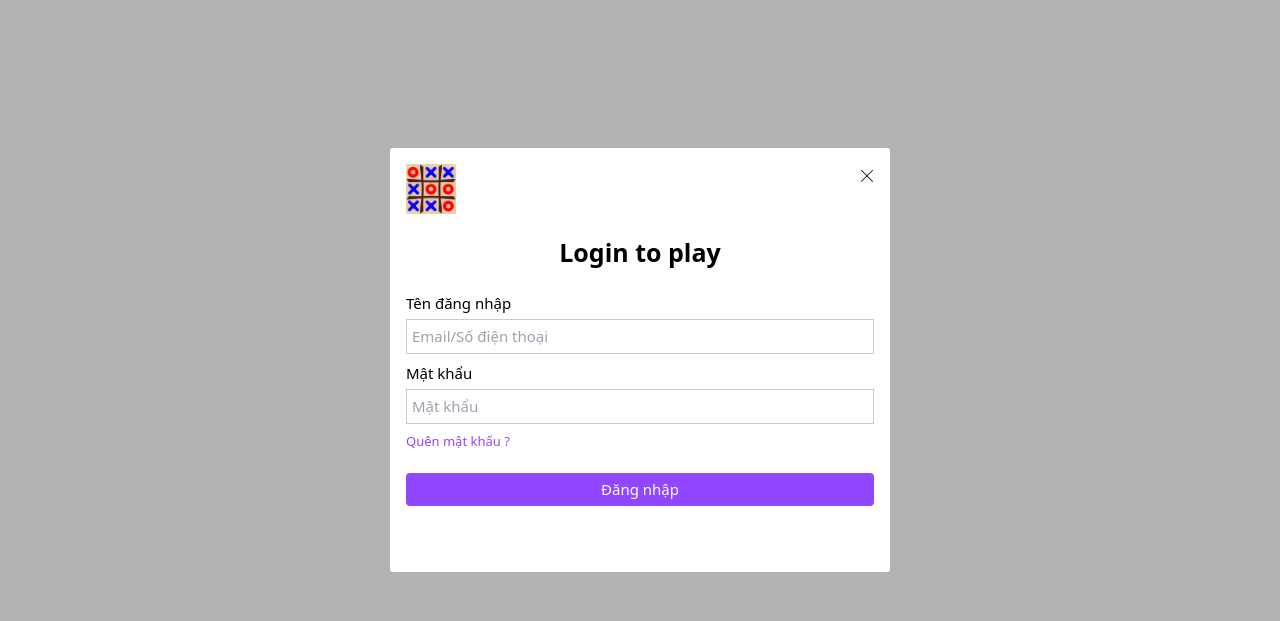
Repository: Teddy1705/demo_pj
Page: /
An editor plug-in stored every save of this project. The page is shown before and after the next save, followed by the edit.
The browser window is 1280 px wide. The pictures show the whole page.
The project was rebuilt for these pictures with package versions that can differ from the ones it lists, and the page was loaded fresh each time. Also part of the build but not shown: vite.config.js.

Above is the page before, as saved 2024-04-16 11:06:52.

### index.html
<!DOCTYPE html>
<html lang="en">
  <head>
    <meta charset="UTF-8" />
    <link rel="icon" type="image/svg+xml" href="/vite.svg" />
    <meta name="viewport" content="width=device-width, initial-scale=1.0" />
    <title>Tic Tac Toe</title>
    <link rel="stylesheet" href="./src/index.css" />
    <link
      rel="stylesheet"
      href="./src/assets/themify-icons/themify-icons.css"
    />
  </head>
  <body>
    <div id="root"></div>
    <script type="module" src="/src/main.jsx"></script>
  </body>
</html>

### src/index.css
:root {
  --white-color: #fff;
  --black-color: #000;
}

/*
1. Prevent padding and border from affecting element width. (https://github.com/mozdevs/cssremedy/issues/4)
2. Allow adding a border to an element by just adding a border-width. (https://github.com/tailwindcss/tailwindcss/pull/116)
*/

*,
::before,
::after {
  box-sizing: border-box;
  /* 1 */
  border-width: 0;
  /* 2 */
  border-style: solid;
  /* 2 */
  border-color: #e5e7eb;
  /* 2 */
}

::before,
::after {
  --tw-content: "";
}

/*
1. Use a consistent sensible line-height in all browsers.
2. Prevent adjustments of font size after orientation changes in iOS.
3. Use a more readable tab size.
4. Use the user's configured `sans` font-family by default.
5. Use the user's configured `sans` font-feature-settings by default.
6. Use the user's configured `sans` font-variation-settings by default.
7. Disable tap highlights on iOS
*/

html,
:host {
  line-height: 1.5;
  /* 1 */
  -webkit-text-size-adjust: 100%;
  /* 2 */
  -moz-tab-size: 4;
  /* 3 */
  -o-tab-size: 4;
  tab-size: 4;
  /* 3 */
  font-family: ui-sans-serif, system-ui, sans-serif, "Apple Color Emoji",
    "Segoe UI Emoji", "Segoe UI Symbol", "Noto Color Emoji";
  /* 4 */
  font-feature-settings: normal;
  /* 5 */
  font-variation-settings: normal;
  /* 6 */
  -webkit-tap-highlight-color: transparent;
  /* 7 */
}

/*
1. Remove the margin in all browsers.
2. Inherit line-height from `html` so users can set them as a class directly on the `html` element.
*/

body {
  margin: 0;
  /* 1 */
  line-height: inherit;
  /* 2 */
}

/*
1. Add the correct height in Firefox.
2. Correct the inheritance of border color in Firefox. (https://bugzilla.mozilla.org/show_bug.cgi?id=190655)
3. Ensure horizontal rules are visible by default.
*/

hr {
  height: 0;
  /* 1 */
  color: inherit;
  /* 2 */
  border-top-width: 1px;
  /* 3 */
}

/*
Add the correct text decoration in Chrome, Edge, and Safari.
*/

abbr:where([title]) {
  -webkit-text-decoration: underline dotted;
  text-decoration: underline dotted;
}

/*
Remove the default font size and weight for headings.
*/

h1,
h2,
h3,
h4,
h5,
h6 {
  font-size: inherit;
  font-weight: inherit;
}

/*
Reset links to optimize for opt-in styling instead of opt-out.
*/

a {
  color: inherit;
  text-decoration: inherit;
}

/*
Add the correct font weight in Edge and Safari.
*/

b,
strong {
  font-weight: bolder;
}

/*
1. Use the user's configured `mono` font-family by default.
2. Use the user's configured `mono` font-feature-settings by default.
3. Use the user's configured `mono` font-variation-settings by default.
4. Correct the odd `em` font sizing in all browsers.
*/

code,
kbd,
samp,
pre {
  font-family: ui-monospace, SFMono-Regular, Menlo, Monaco, Consolas,
    "Liberation Mono", "Courier New", monospace;
  /* 1 */
  font-feature-settings: normal;
  /* 2 */
  font-variation-settings: normal;
  /* 3 */
  font-size: 1em;
  /* 4 */
}

/*
Add the correct font size in all browsers.
*/

small {
  font-size: 80%;
}

/*
Prevent `sub` and `sup` elements from affecting the line height in all browsers.
*/

sub,
sup {
  font-size: 75%;
  line-height: 0;
  position: relative;
  vertical-align: baseline;
}

sub {
  bottom: -0.25em;
}

sup {
  top: -0.5em;
}

/*
1. Remove text indentation from table contents in Chrome and Safari. (https://bugs.chromium.org/p/chromium/issues/detail?id=999088, https://bugs.webkit.org/show_bug.cgi?id=201297)
2. Correct table border color inheritance in all Chrome and Safari. (https://bugs.chromium.org/p/chromium/issues/detail?id=935729, https://bugs.webkit.org/show_bug.cgi?id=195016)
3. Remove gaps between table borders by default.
*/

table {
  text-indent: 0;
  /* 1 */
  border-color: inherit;
  /* 2 */
  border-collapse: collapse;
  /* 3 */
}

/*
1. Change the font styles in all browsers.
2. Remove the margin in Firefox and Safari.
3. Remove default padding in all browsers.
*/

button,
input,
optgroup,
select,
textarea {
  font-family: inherit;
  /* 1 */
  font-feature-settings: inherit;
  /* 1 */
  font-variation-settings: inherit;
  /* 1 */
  font-size: 100%;
  /* 1 */
  font-weight: inherit;
  /* 1 */
  line-height: inherit;
  /* 1 */
  letter-spacing: inherit;
  /* 1 */
  color: inherit;
  /* 1 */
  margin: 0;
  /* 2 */
  padding: 0;
  /* 3 */
}

/*
Remove the inheritance of text transform in Edge and Firefox.
*/

button,
select {
  text-transform: none;
}

/*
1. Correct the inability to style clickable types in iOS and Safari.
2. Remove default button styles.
*/

button,
input:where([type="button"]),
input:where([type="reset"]),
input:where([type="submit"]) {
  -webkit-appearance: button;
  /* 1 */
  background-color: transparent;
  /* 2 */
  background-image: none;
  /* 2 */
}

/*
Use the modern Firefox focus style for all focusable elements.
*/

:-moz-focusring {
  outline: auto;
}

/*
Remove the additional `:invalid` styles in Firefox. (https://github.com/mozilla/gecko-dev/blob/2f9eacd9d3d995c937b4251a5557d95d494c9be1/layout/style/res/forms.css#L728-L737)
*/

:-moz-ui-invalid {
  box-shadow: none;
}

/*
Add the correct vertical alignment in Chrome and Firefox.
*/

progress {
  vertical-align: baseline;
}

/*
Correct the cursor style of increment and decrement buttons in Safari.
*/

::-webkit-inner-spin-button,
::-webkit-outer-spin-button {
  height: auto;
}

/*
1. Correct the odd appearance in Chrome and Safari.
2. Correct the outline style in Safari.
*/

[type="search"] {
  -webkit-appearance: textfield;
  /* 1 */
  outline-offset: -2px;
  /* 2 */
}

/*
Remove the inner padding in Chrome and Safari on macOS.
*/

::-webkit-search-decoration {
  -webkit-appearance: none;
}

/*
1. Correct the inability to style clickable types in iOS and Safari.
2. Change font properties to `inherit` in Safari.
*/

::-webkit-file-upload-button {
  -webkit-appearance: button;
  /* 1 */
  font: inherit;
  /* 2 */
}

/*
Add the correct display in Chrome and Safari.
*/

summary {
  display: list-item;
}

/*
Removes the default spacing and border for appropriate elements.
*/

blockquote,
dl,
dd,
h1,
h2,
h3,
h4,
h5,
h6,
hr,
figure,
p,
pre {
  margin: 0;
}

fieldset {
  margin: 0;
  padding: 0;
}

legend {
  padding: 0;
}

ol,
ul,
menu {
  list-style: none;
  margin: 0;
  padding: 0;
}

/*
Reset default styling for dialogs.
*/

dialog {
  padding: 0;
}

/*
Prevent resizing textareas horizontally by default.
*/

textarea {
  resize: vertical;
}

/*
1. Reset the default placeholder opacity in Firefox. (https://github.com/tailwindlabs/tailwindcss/issues/3300)
2. Set the default placeholder color to the user's configured gray 400 color.
*/

input::-moz-placeholder,
textarea::-moz-placeholder {
  opacity: 1;
  /* 1 */
  color: #9ca3af;
  /* 2 */
}

input::placeholder,
textarea::placeholder {
  opacity: 1;
  /* 1 */
  color: #9ca3af;
  /* 2 */
}

/*
Set the default cursor for buttons.
*/

button,
[role="button"] {
  cursor: pointer;
}

/*
Make sure disabled buttons don't get the pointer cursor.
*/

:disabled {
  cursor: default;
}

/*
1. Make replaced elements `display: block` by default. (https://github.com/mozdevs/cssremedy/issues/14)
2. Add `vertical-align: middle` to align replaced elements more sensibly by default. (https://github.com/jensimmons/cssremedy/issues/14#issuecomment-634934210)
   This can trigger a poorly considered lint error in some tools but is included by design.
*/

img,
svg,
video,
canvas,
audio,
iframe,
embed,
object {
  display: block;
  /* 1 */
  vertical-align: middle;
  /* 2 */
}

/*
Constrain images and videos to the parent width and preserve their intrinsic aspect ratio. (https://github.com/mozdevs/cssremedy/issues/14)
*/

img,
video {
  max-width: 100%;
  height: auto;
}

/* Make elements with the HTML hidden attribute stay hidden by default */

[hidden] {
  display: none;
}

*,
::before,
::after {
  --tw-border-spacing-x: 0;
  --tw-border-spacing-y: 0;
  --tw-translate-x: 0;
  --tw-translate-y: 0;
  --tw-rotate: 0;
  --tw-skew-x: 0;
  --tw-skew-y: 0;
  --tw-scale-x: 1;
  --tw-scale-y: 1;
  --tw-pan-x: ;
  --tw-pan-y: ;
  --tw-pinch-zoom: ;
  --tw-scroll-snap-strictness: proximity;
  --tw-gradient-from-position: ;
  --tw-gradient-via-position: ;
  --tw-gradient-to-position: ;
  --tw-ordinal: ;
  --tw-slashed-zero: ;
  --tw-numeric-figure: ;
  --tw-numeric-spacing: ;
  --tw-numeric-fraction: ;
  --tw-ring-inset: ;
  --tw-ring-offset-width: 0px;
  --tw-ring-offset-color: #fff;
  --tw-ring-color: rgb(59 130 246 / 0.5);
  --tw-ring-offset-shadow: 0 0 #0000;
  --tw-ring-shadow: 0 0 #0000;
  --tw-shadow: 0 0 #0000;
  --tw-shadow-colored: 0 0 #0000;
  --tw-blur: ;
  --tw-brightness: ;
  --tw-contrast: ;
  --tw-grayscale: ;
  --tw-hue-rotate: ;
  --tw-invert: ;
  --tw-saturate: ;
  --tw-sepia: ;
  --tw-drop-shadow: ;
  --tw-backdrop-blur: ;
  --tw-backdrop-brightness: ;
  --tw-backdrop-contrast: ;
  --tw-backdrop-grayscale: ;
  --tw-backdrop-hue-rotate: ;
  --tw-backdrop-invert: ;
  --tw-backdrop-opacity: ;
  --tw-backdrop-saturate: ;
  --tw-backdrop-sepia: ;
  --tw-contain-size: ;
  --tw-contain-layout: ;
  --tw-contain-paint: ;
  --tw-contain-style: ;
}

::backdrop {
  --tw-border-spacing-x: 0;
  --tw-border-spacing-y: 0;
  --tw-translate-x: 0;
  --tw-translate-y: 0;
  --tw-rotate: 0;
  --tw-skew-x: 0;
  --tw-skew-y: 0;
  --tw-scale-x: 1;
  --tw-scale-y: 1;
  --tw-pan-x: ;
  --tw-pan-y: ;
  --tw-pinch-zoom: ;
  --tw-scroll-snap-strictness: proximity;
  --tw-gradient-from-position: ;
  --tw-gradient-via-position: ;
  --tw-gradient-to-position: ;
  --tw-ordinal: ;
  --tw-slashed-zero: ;
  --tw-numeric-figure: ;
  --tw-numeric-spacing: ;
  --tw-numeric-fraction: ;
  --tw-ring-inset: ;
  --tw-ring-offset-width: 0px;
  --tw-ring-offset-color: #fff;
  --tw-ring-color: rgb(59 130 246 / 0.5);
  --tw-ring-offset-shadow: 0 0 #0000;
  --tw-ring-shadow: 0 0 #0000;
  --tw-shadow: 0 0 #0000;
  --tw-shadow-colored: 0 0 #0000;
  --tw-blur: ;
  --tw-brightness: ;
  --tw-contrast: ;
  --tw-grayscale: ;
  --tw-hue-rotate: ;
  --tw-invert: ;
  --tw-saturate: ;
  --tw-sepia: ;
  --tw-drop-shadow: ;
  --tw-backdrop-blur: ;
  --tw-backdrop-brightness: ;
  --tw-backdrop-contrast: ;
  --tw-backdrop-grayscale: ;
  --tw-backdrop-hue-rotate: ;
  --tw-backdrop-invert: ;
  --tw-backdrop-opacity: ;
  --tw-backdrop-saturate: ;
  --tw-backdrop-sepia: ;
  --tw-contain-size: ;
  --tw-contain-layout: ;
  --tw-contain-paint: ;
  --tw-contain-style: ;
}

#modal {
  position: fixed;
  top: 0;
  right: 0;
  bottom: 0;
  left: 0;
  display: flex;
  align-items: center;
  justify-content: center;
}

#modal .modal__overlay {
  position: absolute;
  width: 100%;
  height: 100%;
  background-color: rgba(0, 0, 0, 0.3);
}

#modal .modal__body {
  position: relative;
  background-color: var(--white-color);
  margin: auto;
  width: 500px;
  min-height: 300px;
  padding: 16px;
  border-radius: 3px;
}

.auth-form__header {
  text-align: center;
  justify-content: center;
}

.auth-form__logo-game {
  text-align: center;
  width: 50px;
}

.auth-form__heading {
  font-size: 25px;
  font-weight: 700;
  text-align: center;
  margin: 20px 0;
}

.auth-form__close {
  position: absolute;
  top: 0;
  right: 0;
  font-size: 14px;
  padding: 18px 16px;
}

.auth-form__close:hover {
  background-color: #ccc;
  cursor: pointer;
}

.auth-form__info {
}

.auth-form__info-details {
}

.auth-form__label {
  display: block;
  font-size: 15px;
  font-weight: 500;
}

.auth-form__info-input {
  border: 1px solid #ccc;
  width: 100%;
  font-size: 15px;
  padding: 5px;
  margin: 5px 0 8px;
}

.auth-form__help {
  font-size: 13px;
  font-weight: 400;
  color: #9147ff;
  margin-bottom: 22px;
}

.auth-form__btn {
  width: 100%;
  background-color: #9147ff;
  color: #fff;
  font-size: 15px;
  font-weight: 500;
  padding: 5px;
  border-radius: 4px;
  margin-bottom: 50px;
}

### src/main.jsx
import React from "react";
import ReactDOM from "react-dom/client";
import App from "./App.jsx";
import { createBrowserRouter, RouterProvider } from "react-router-dom";
import Root from "./routes/root";
import "./index.css";

const router = createBrowserRouter([
  {
    path: "/",
    element: <Root />,
  },
]);

ReactDOM.createRoot(document.getElementById("root")).render(
  <React.StrictMode>
    <RouterProvider router={router} />
    <App />
  </React.StrictMode>
);

### src/routes/root.jsx
export default function Root() {
  return (
    <>
      <div id="modal">
        <div className="modal__overlay"></div>
        <div className="modal__body">
          <div className="auth-form__header">
            <img
              src="/src/assets/tictactoe.png"
              alt=""
              className="auth-form__logo-game"
            />
            <h1 className="auth-form__heading">Login to play</h1>
          </div>
          <div className="auth-form__close">
            <i className="ti-close"></i>
          </div>
          <div className="auth-form__info">
            <div className="auth-form__info-details">
              <label htmlFor="" className="auth-form__label">
                Tên đăng nhập
              </label>
              <input
                type="text"
                className="auth-form__info-input"
                placeholder="Email/Số điện thoại"
              />
            </div>
            <div className="auth-form__info-details">
              <label htmlFor="" className="auth-form__label">
                Mật khẩu
              </label>
              <input
                type="password"
                className="auth-form__info-input"
                placeholder="Mật khẩu"
              />
            </div>
          </div>
          <div className="auth-form__help">Quên mật khẩu ?</div>
          <button className="auth-form__btn">
            <a
              href={`https://codesandbox.io/s/q2z497?file=%2Fsrc%2FApp.js&utm_medium=sandpack`}
              className=""
            >
              Đăng nhập
            </a>
          </button>
        </div>
      </div>
      <div id="detail"></div>
    </>
  );
}

Loaded but not shown: src/assets/themify-icons/themify-icons.css (common file); src/App.jsx (common file)

After the next save:
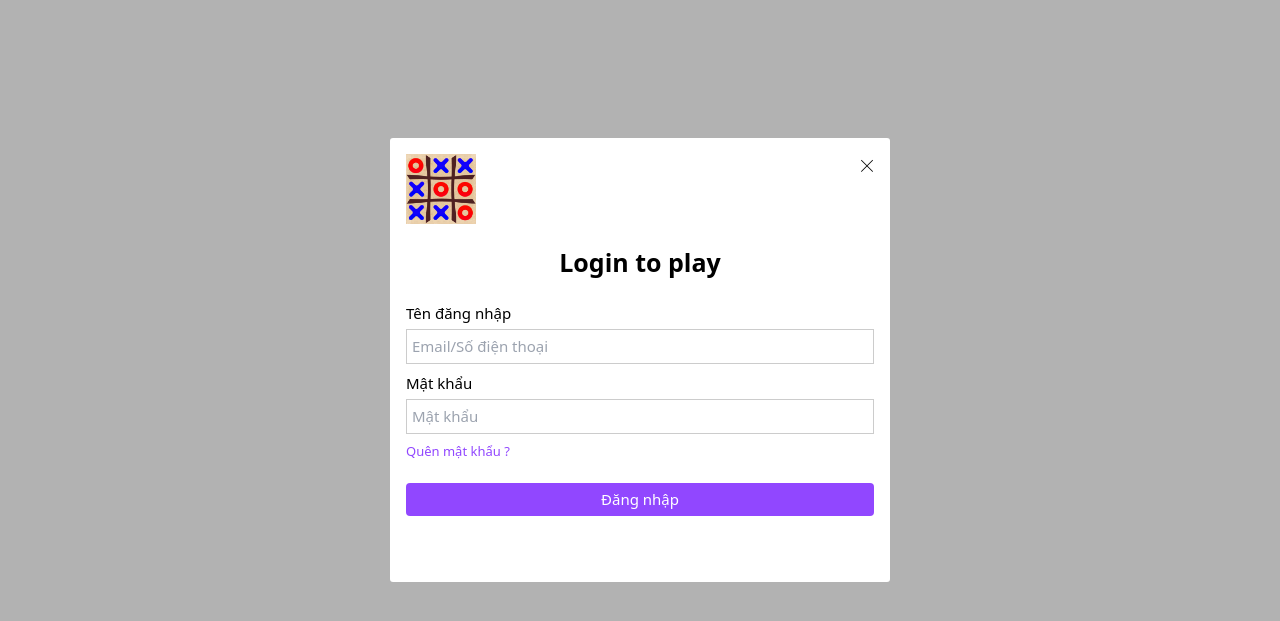
Saved 9 s later.
--- a/src/index.css
+++ b/src/index.css
@@ -595,7 +595,7 @@ video {
 
 .auth-form__logo-game {
   text-align: center;
-  width: 50px;
+  width: 70px;
 }
 
 .auth-form__heading {
